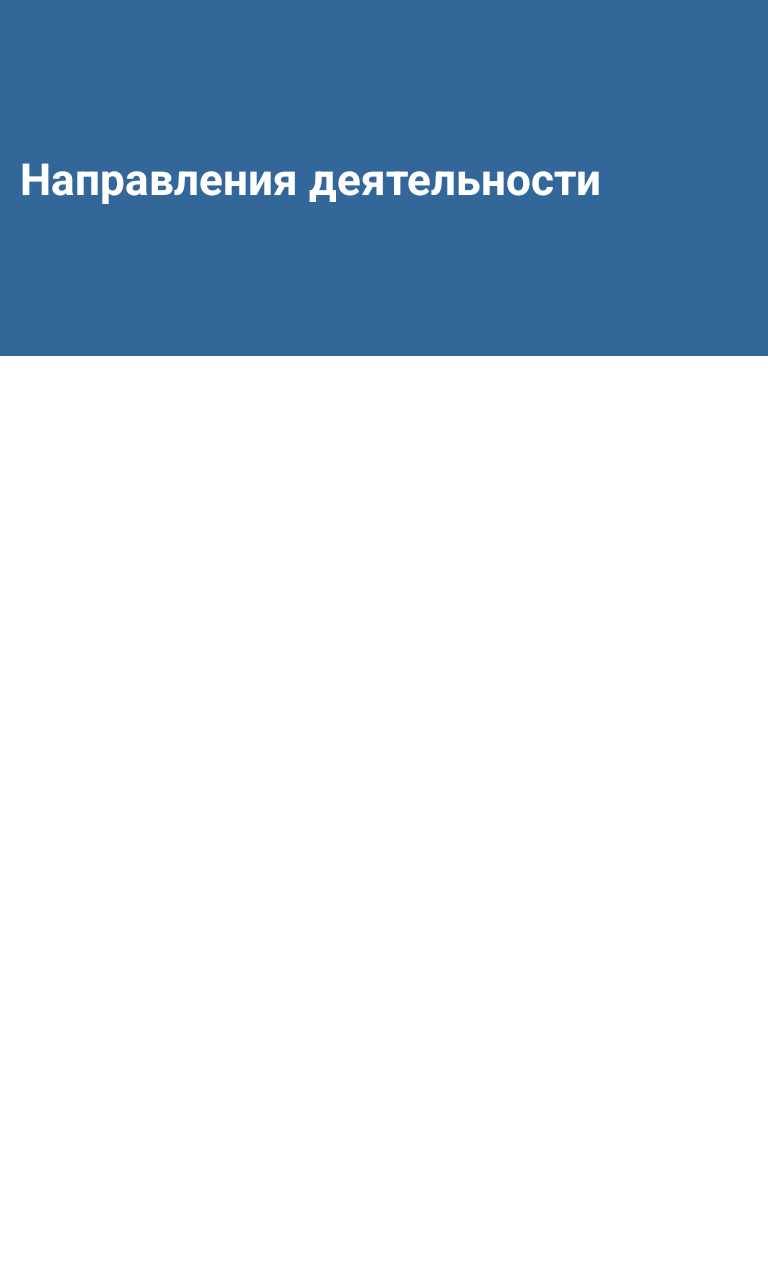
Repository: complexityclass/GosClient
Layout: Client/res/layout/list_header_row_areas.xml
These files come from the project's save history. The layout is drawn as it stood at one moment and after the next save; the edit follows.
It is drawn on a 768 x 1280 px phone screen (xhdpi) without system bars, with theme AppTheme; the app's code is not run.

Above is the layout before, as saved 2013-02-28 13:25:20.

### Client/res/layout/list_header_row_areas.xml
<?xml version="1.0" encoding="utf-8"?>
<LinearLayout
    xmlns:android="http://schemas.android.com/apk/res/android"
    android:orientation="horizontal"
    android:layout_width="fill_parent"
    android:layout_height="fill_parent">


    <TextView
        android:id="@+id/txtHeader"
        android:layout_width="fill_parent"
        android:layout_height="178dp"
        android:background="#336699"
        android:gravity="center_vertical"
        android:padding="10dp"
        android:text="Направления деятельности"
        android:textColor="#FFFFFF"
        android:textSize="22dp"
        android:textStyle="bold" />



</LinearLayout>

Loaded but not shown: Client/res/values-v11/styles.xml (common file); Client/res/values-v14/styles.xml (common file); Client/res/values/styles.xml (common file)

After the next save:
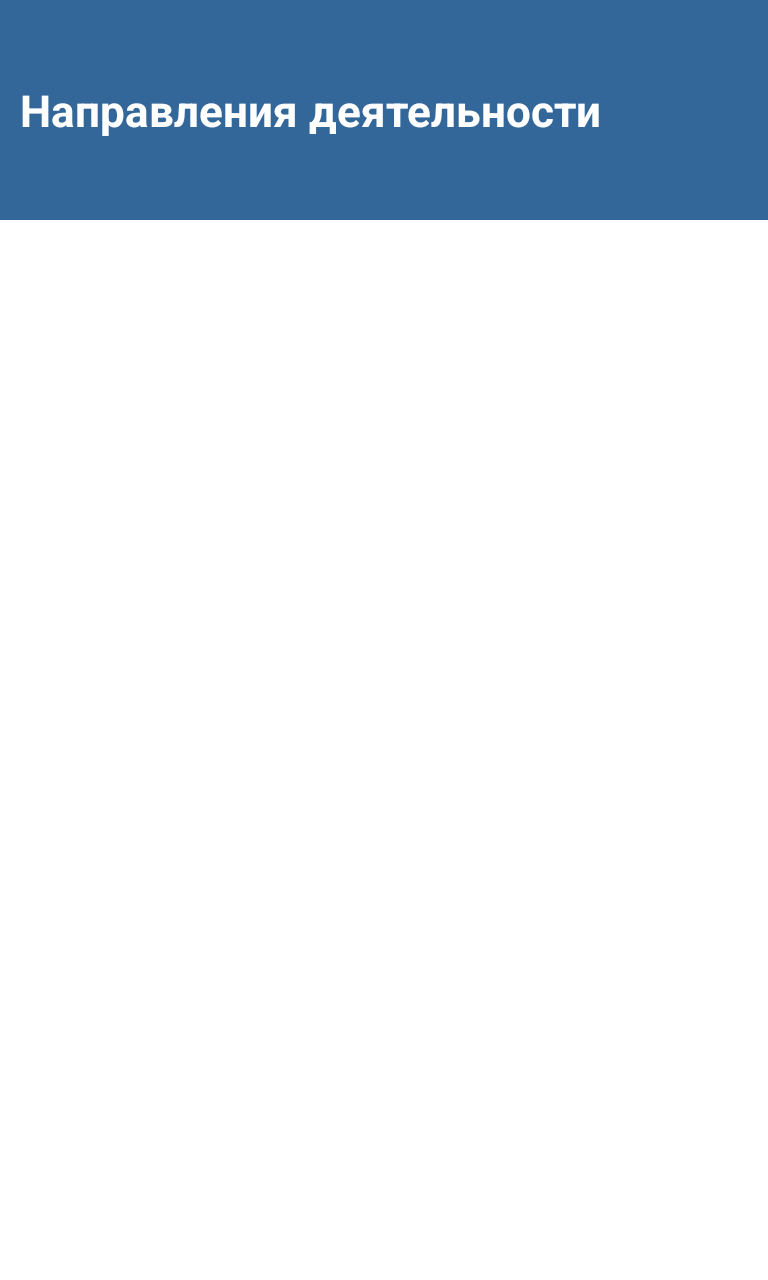
Saved 94 s later.
--- a/Client/res/layout/list_header_row_areas.xml
+++ b/Client/res/layout/list_header_row_areas.xml
@@ -1,15 +1,14 @@
 <?xml version="1.0" encoding="utf-8"?>
-<LinearLayout
-    xmlns:android="http://schemas.android.com/apk/res/android"
-    android:orientation="horizontal"
+<LinearLayout xmlns:android="http://schemas.android.com/apk/res/android"
     android:layout_width="fill_parent"
-    android:layout_height="fill_parent">
+    android:layout_height="fill_parent"
+    android:orientation="horizontal" >
 
 
     <TextView
         android:id="@+id/txtHeader"
-        android:layout_width="fill_parent"
-        android:layout_height="178dp"
+        android:layout_width="match_parent"
+        android:layout_height="110dp"
         android:background="#336699"
         android:gravity="center_vertical"
         android:padding="10dp"
@@ -18,6 +17,4 @@
         android:textSize="22dp"
         android:textStyle="bold" />
 
-
-
 </LinearLayout>
